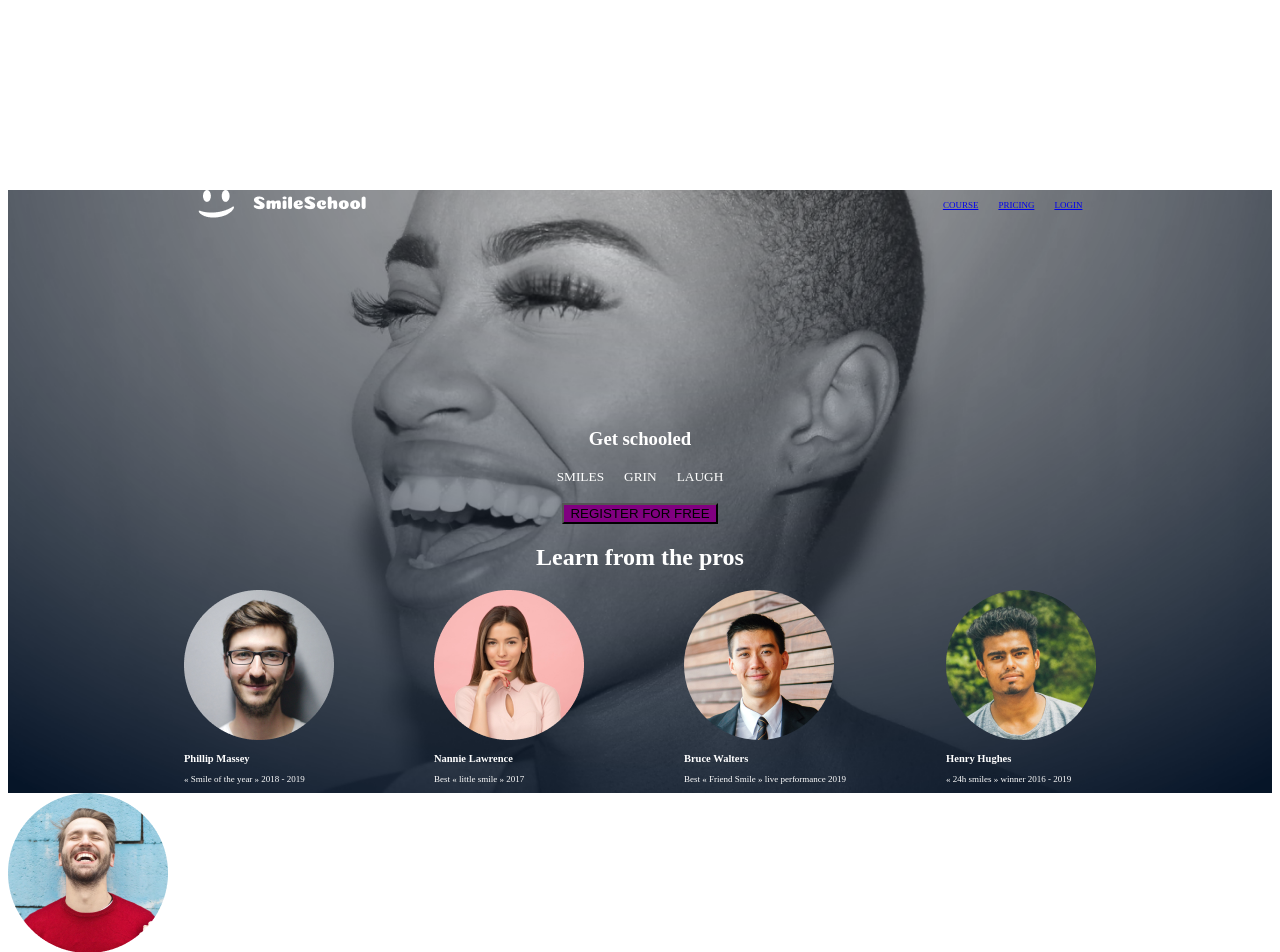
Repository: mwihakiann/alx_html_css
Page: css_advanced/index.html
An editor plug-in stored every save of this project. The page is shown before and after the next save, followed by the edit.
The browser window is 1280 px wide. The pictures show the part of the page from y = 0 to 952 px (the page is 3643 px tall).
A picture or video elsewhere on the page could not be fetched, so the positions and the page height are approximate. Some web libraries are served in a nearby version.

Above is the page before, as saved 2025-09-28 18:13:14.

### css_advanced/index.html
<!DOCTYPE html>
<html lang="en">
<head>
  <meta charset="UTF-8">
  <meta name="viewport" content="width=device-width, initial-scale=1.0">
  <script src="https://kit.fontawesome.com/4a2b055604.js" crossorigin="anonymous"></script>
  <title>Document</title>
  <link rel="stylesheet" href="styles.css">
</head>
<body>
    <section class="first-page">
  <header>
    <nav>
      <img src="./images/logo.png" alt="logo">
      <ul>
        <li><a href="#">COURSE</a></li>
        <li><a href="#">PRICING</a></li>
        <li><a href="#">LOGIN</a></li>
      </ul>
    </nav>
  </header>

  <main>
    <section>
      <div class="intro">
        <h1>Get schooled</h1>
        <div class="horizontal-stack">
        <span>SMILES</span>
        <span>GRIN</span>
        <span>LAUGH</span>
        </div>
        <br>
        <button class="register">REGISTER FOR FREE</button>
      </div>
      <div class="learn-from-pros">
        <h2>Learn from the pros</h2>
        <div class="pros">
          <div>
            <img src="./images/1.png" alt="">
            <h3>Phillip Massey</h3>
            <p>« Smile of the year » 2018 - 2019</p>
          </div>
          <div>
            <img src="./images/3.png" alt="">
            <h3>Nannie Lawrence</h3>
            <p>Best « little smile » 2017</p>
          </div>
          <div>
            <img src="./images/2.png" alt="" class="bruce">
            <h3>Bruce Walters</h3>
            <p>Best « Friend Smile » live performance 2019</p>
          </div>
          <div>
            <img src="./images/4.png" alt="">
            <h3>Henry Hughes</h3>
            <p>« 24h smiles » winner 2016 - 2019</p>
          </div>
        </div>
      </div>
    </section>
</section>

    <section>
      <div>
        <img src="./images/5.png" alt="image">
      </div>
      <div>
        <blockquote>« Those tutorials are concise and go straight to the point. I can’t think of a better place to learn smiling. And it’s so fun!</blockquote>
        <h3>NAME</h3>
        <p>weather presenter</p>
      </div>
    </section>

    <section>
      <h2>Most popular tutorials</h2>

      <div class="tutorial-card">
        <img src="./images/9.png" alt="Diagonal Smile">
        <img src="./images/play.png" alt="play button" class="play-btn">
        <h3>Diagonal Smile</h3>
        <p>Lorem ipsum dolor sit amet, consect adipiscing elit, sed do eiusmod.</p>
        <div>
          <img src="./images/1 (3).png" alt="">
          <h4>Phillip Massey</h4>
        </div>
        <div>
          <div><i class="fa-solid fa-star"></i></div>
          <div><i class="fa-solid fa-star"></i></div>
          <div><i class="fa-solid fa-star"></i></div>
          <div><i class="fa-solid fa-star"></i></div>
          <div><i class="fa-solid fa-star"></i></div>
        </div>
        <p>8 min</p>
      </div>

      <div class="tutorial-card">
        <img src="./images/6.png" alt="Happy Smile">
        <img src="./images/play.png" alt="play button" class="play-btn">
        <h3>Happy Smile</h3>
        <p>Lorem ipsum dolor sit amet, consect adipiscing elit, sed do eiusmod.</p>
        <div>
          <img src="./images/1 (3).png" alt="">
          <h4>Phillip Massey</h4>
        </div>
        <div>
          <div><i class="fa-solid fa-star"></i></div>
          <div><i class="fa-solid fa-star"></i></div>
          <div><i class="fa-solid fa-star"></i></div>
          <div><i class="fa-solid fa-star"></i></div>
          <div><i class="fa-solid fa-star"></i></div>
        </div>
        <p>8 min</p>
      </div>

      <div class="tutorial-card">
        <img src="./images/8.png" alt="Natural Smile">
        <img src="./images/play.png" alt="play button" class="play-btn">
        <h3>Natural Smile</h3>
        <p>Lorem ipsum dolor sit amet, consect adipiscing elit, sed do eiusmod.</p>
        <div>
          <img src="./images/1.png" alt="">
          <h4>Phillip Massey</h4>
        </div>
        <div>
          <div><i class="fa-solid fa-star"></i></div>
          <div><i class="fa-solid fa-star"></i></div>
          <div><i class="fa-solid fa-star"></i></div>
          <div><i class="fa-solid fa-star"></i></div>
          <div><i class="fa-solid fa-star"></i></div>
        </div>
        <p>8 min</p>
      </div>

      <div class="tutorial-card">
        <img src="./images/7.png" alt="Sad Smile">
        <img src="./images/play.png" alt="play button" class="play-btn">
        <h3>Sad Smile</h3>
        <p>Lorem ipsum dolor sit amet, consect adipiscing elit, sed do eiusmod.</p>
        <div>
          <img src="./images/1.png" alt="">
          <h4>Phillip Massey</h4>
        </div>
        <div>
          <div><i class="fa-solid fa-star"></i></div>
          <div><i class="fa-solid fa-star"></i></div>
          <div><i class="fa-solid fa-star"></i></div>
          <div><i class="fa-solid fa-star"></i></div>
          <div><i class="fa-solid fa-star"></i></div>
        </div>
        <p>8 min</p>
      </div>
    </section>

    <section>
      <h2>Free membership</h2>
      <div>
        <img src="./images/smile.png" alt="">
        <h3>Lorem Ipsum</h3>
        <p>Lorem ipsum dolor sit amet, consectetur adipiscing elit.</p>
      </div>
      <div>
        <img src="./images/smile.png" alt="">
        <h3>Lorem Ipsum</h3>
        <p>Lorem ipsum dolor sit amet, consectetur adipiscing elit.</p>
      </div>
      <div>
        <img src="./images/smile.png" alt="">
        <h3>Lorem Ipsum</h3>
        <p>Lorem ipsum dolor sit amet, consectetur adipiscing elit.</p>
      </div>
      <div>
        <img src="./images/smile.png" alt="">
        <h3>Lorem Ipsum</h3>
        <p>Lorem ipsum dolor sit amet, consectetur adipiscing elit.</p>
      </div>
      <button>REGISTER FOR FREE</button>
    </section>

    <section>
      <h2>F.A.Q</h2>
      <div>
        <div>
          <div>
            <h3>How does this work?</h3>
          </div>
          <div>
            Lorem ipsum dolor sit amet, consectetur adipiscing elit, sed do eiusmod tempor incididunt ut labore et dolore magna aliqua.
          </div>

          <div>
            <h3>How does this work?</h3>
          </div>
          <div>
            Lorem ipsum dolor sit amet, consectetur adipiscing elit, sed do eiusmod tempor incididunt ut labore et dolore magna aliqua.
          </div>
        </div>
        <div>
          <div>
            <h3>How does this work?</h3>
          </div>
          <div>
            Lorem ipsum dolor sit amet, consectetur adipiscing elit, sed do eiusmod tempor incididunt ut labore et dolore magna aliqua.
          </div>
          <div>
            <h3>How does this work?</h3>
          </div>
          <div>
            Lorem ipsum dolor sit amet, consectetur adipiscing elit, sed do eiusmod tempor incididunt ut labore et dolore magna aliqua.
          </div>
        </div>
      </div>
    </section>
  </main>

  <footer>
    <section>
      <div>
        <img src="./images/logo.png" alt="logo">
        <div>
          <i class="fa-brands fa-facebook"></i>
          <i class="fa-brands fa-twitter"></i>
          <i class="fa-brands fa-instagram"></i>
        </div>
      </div>
      <p>©smileschool 2020</p>
    </section>
  </footer>
</body>
</html>

### css_advanced/styles.css
body{
    color: white;
}
nav ul{
    display: flex;
    gap: 20px;
    list-style: none;
    color: white;
    text-decoration: none;
}
nav{
    display: flex;
    justify-content: space-between;
    align-items: center;
    margin: 15%;
    font-size: xx-small;
}
.first-page{
    background-image: url(./images/Object.png);
    background-size: cover;
    background-position: center;
    color: white;
}
.intro{
    display: flex;
    flex-direction: column;
    justify-content: center;
    align-items: center;
    gap: 0;
}
h1{
    font-size: 40;
}
.register{
    background-color: purple;
    width: 2
    gap: 100px;
}
.learn-from-pros{
    display: flex;
    flex-direction: column;
    justify-content: center;
    align-items: center;
    font-size: medium;
}
.pros{
    display: flex;
    font-size:xx-small;
    gap: 100px;
}
.bruce{
    width: 150px;
    height: 150px;
    border-radius: 50%;
    object-fit: cover;
}
.horizontal-stack{
   display: flex;
    gap: 20px;
    font-size: smaller;
}
.tutorial-card {
    position: relative;
    display: inline-block;
    margin: 20px;
  }

  .tutorial-card img {
    display: block;
  }

  .tutorial-card .play-btn {
    position: absolute;
    top: 50px;
    left: 50%;
    transform: translateX(-50 -50%);
    width: 50px;
    height: 50px;
    pointer-events: none;
  }

After the next save:
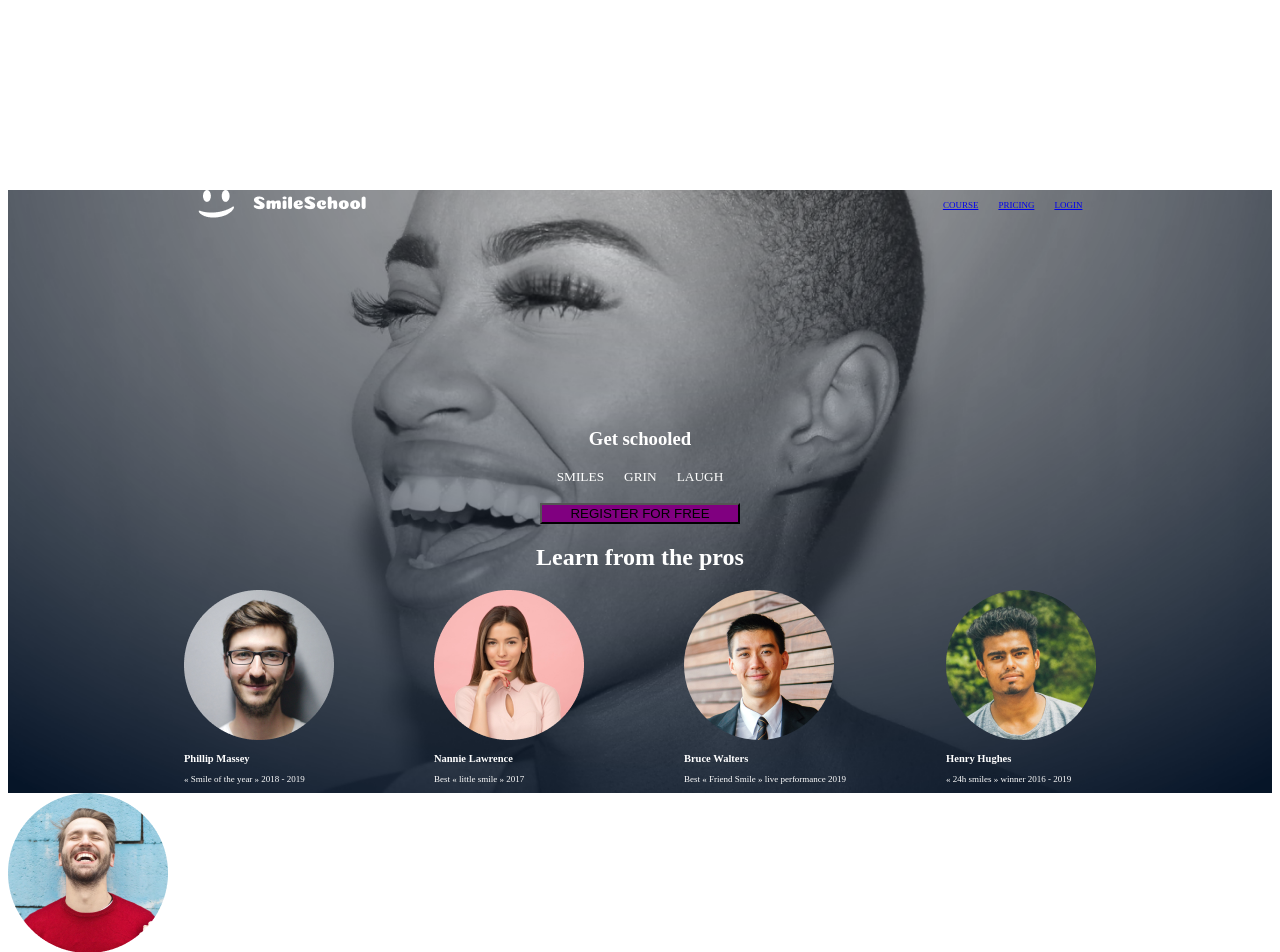
Saved 6 s later.
--- a/css_advanced/styles.css
+++ b/css_advanced/styles.css
@@ -33,7 +33,8 @@ h1{
 }
 .register{
     background-color: purple;
-    width: 2
+    width: 200px;
+    height
     gap: 100px;
 }
 .learn-from-pros{
